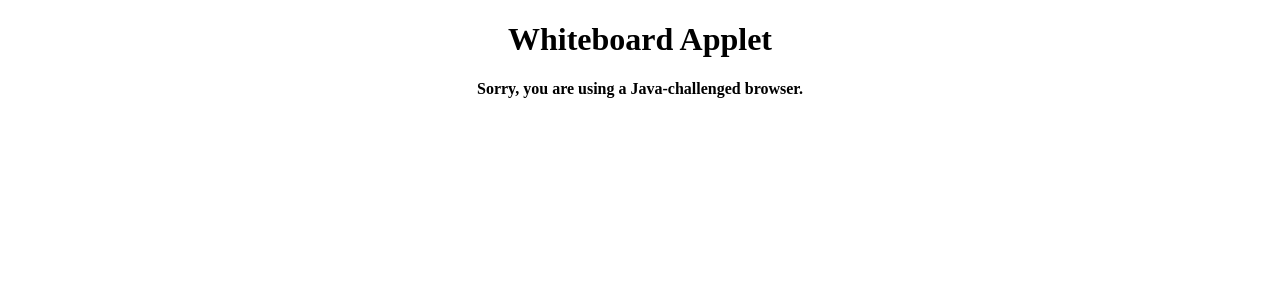
Repository: EnjoyWorkTrue/Spring2014
Page: CMP342/Assignment2/project1/index.html
An editor plug-in stored every save of this project. The page is shown before and after the next save, followed by the edit.
The browser window is 1280 px wide. The pictures show the whole page.

Above is the page before, as saved 2014-02-25 01:52:00.

After the next save:
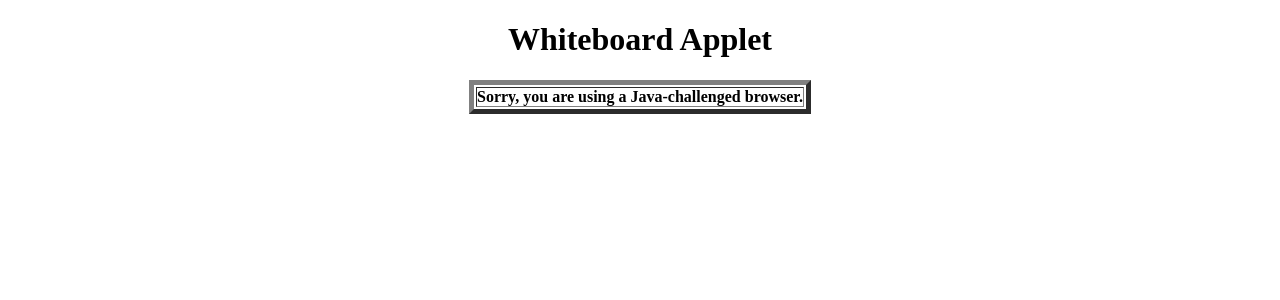
Saved 4 s later.
--- a/CMP342/Assignment2/project1/index.html
+++ b/CMP342/Assignment2/project1/index.html
@@ -5,6 +5,7 @@
 </head>
 <div align="center">
 <h1>Whiteboard Applet</h1>
+<table border="5" cellpadding="0">
   <tr><td bgcolor="white">
 
       <applet  code="Drwing.class" width="500" height="300">
